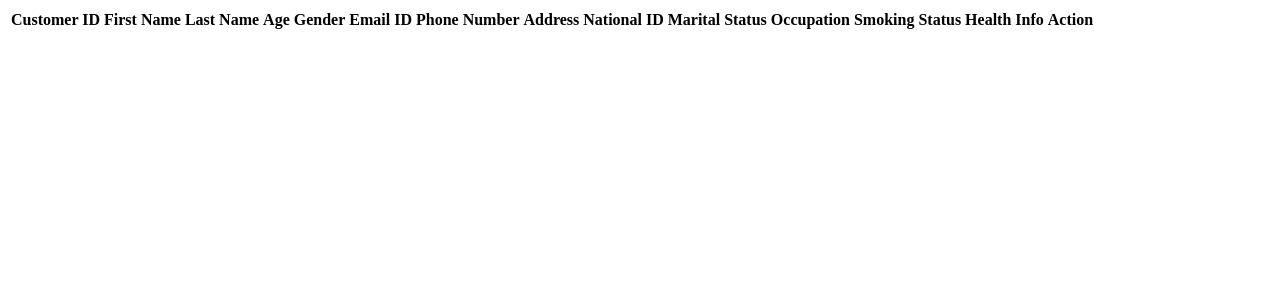
Repository: sowmini-nats/git-spring-project
Page: http://localhost/InsuranceAutomationSystem/ManagerPolicyView.jsp
The author's editor kept a copy of each file at every save. The page is drawn from the files as they stood at one save, then again after the next save.
The browser window is 1280 px wide. The pictures show the whole page.
The page is served by Tomcat 10. The template is opened directly, without the code that normally fills it, so the values that code supplies are empty.

Above is the page before, as saved 2023-10-30 18:02:46.

After the next save:
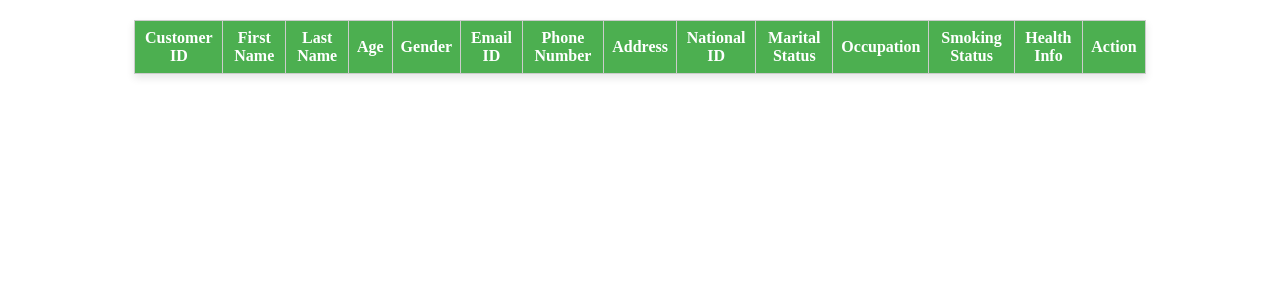
Saved 67 s later.
--- a/eclipse-workspace-jspassessment/InsuranceAutomationSystem/src/main/webapp/ManagerPolicyView.jsp
+++ b/eclipse-workspace-jspassessment/InsuranceAutomationSystem/src/main/webapp/ManagerPolicyView.jsp
@@ -7,6 +7,35 @@
 <meta charset="ISO-8859-1">
 <title>Customer Policy Details</title>
 </head>
+<style>
+table {
+        border-collapse: collapse;
+        width: 80%;
+        margin: 20px auto;
+        box-shadow: 0 4px 8px rgba(0,0,0,0.1); /* Add shadow */
+        border: 1px solid #ccc; /* Add border */
+    }
+    th, td {
+        border: 1px solid #ccc;
+        padding: 8px;
+        text-align: center;
+        transition: background-color 0.3s; /* Add transition */
+    }
+
+    tr:nth-child(even) {
+        background-color: #f2f2f2;
+    }
+
+    th {
+        background-color: #4CAF50;
+        color: white;
+    }
+
+    th:hover, td:hover {
+        background-color: #f9f9f9; /* Change color on hover */
+    }
+</style>
+
 <body>
 	<table >
         <thead>
